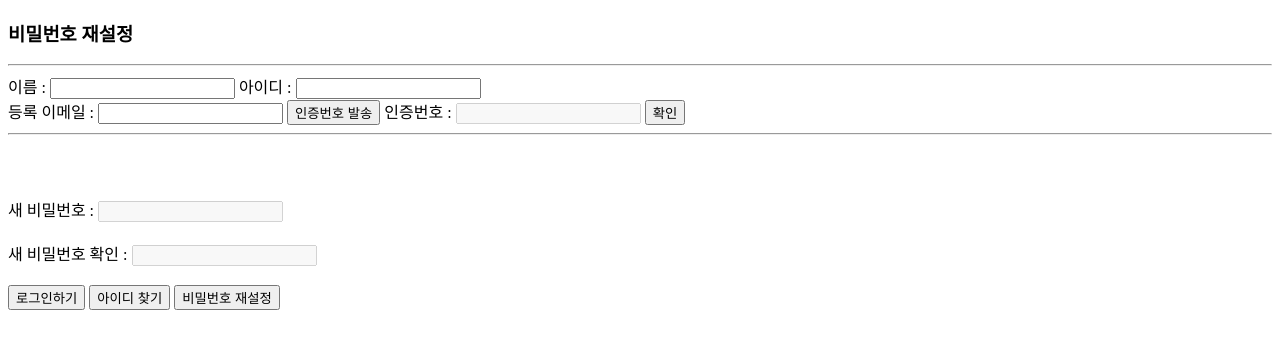
Repository: ssookkii/BusyBee
Page: http://localhost/BusyBee/WEB-INF/views/noTiles/newPassword.jsp
The author's editor kept a copy of each file at every save. The page is drawn from the files as they stood at one save, then again after the next save.
The browser window is 1280 px wide. The pictures show the whole page.
The page is served by Tomcat 9. Nobody is signed in. The template is opened directly, without the code that normally fills it, so the values that code supplies are empty.

Above is the page before, as saved 2023-03-18 07:56:54.

After the next save:
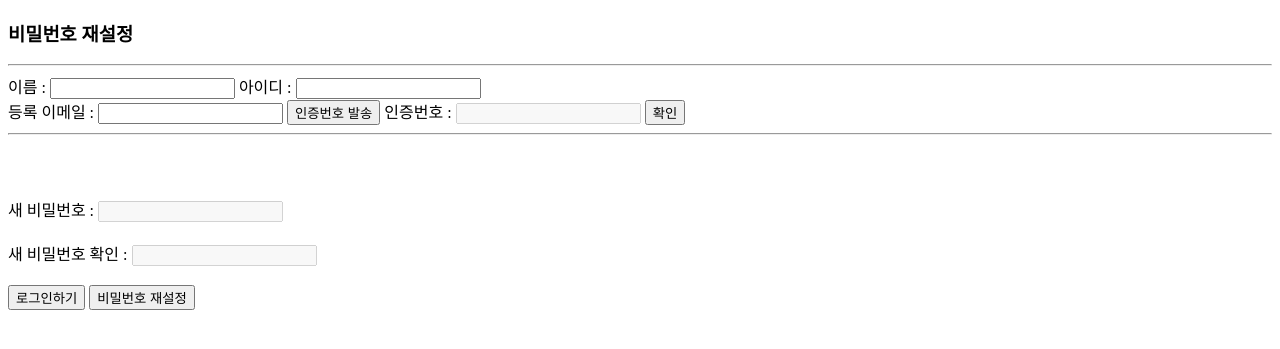
Saved 40 s later.
--- a/BusyBee/src/main/webapp/WEB-INF/views/noTiles/newPassword.jsp
+++ b/BusyBee/src/main/webapp/WEB-INF/views/noTiles/newPassword.jsp
@@ -25,7 +25,6 @@
 새 비밀번호 확인 : <input type='password' id='pwd2' disabled="disabled">
 <h3 id='pwdCheck2'></h3>
 <button type="button" onclick="location.href='loginMain.do'">로그인하기</button>
-<button type="button" onclick="location.href='findId.do'">아이디 찾기</button>
 <button type="button">비밀번호 재설정</button>
 
 <table>
